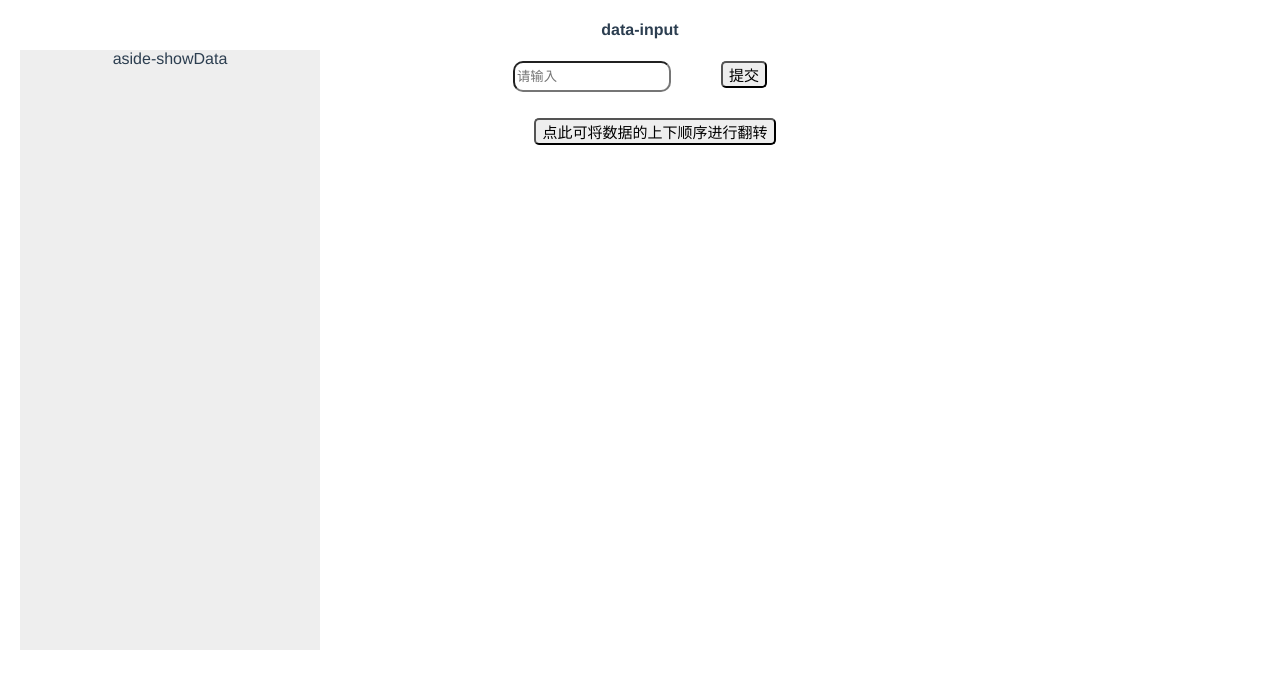
Repository: z-xy-git/demofirst
Page: /
These files come from the project's save history. The page is drawn as it stood at one moment and after the next save; the edit follows.
The browser window is 1280 px wide. The pictures show the whole page.
The project was rebuilt for these pictures with package versions that can differ from the ones it lists, and the page was loaded fresh each time. Also part of the build but not shown: src/views/ShowData.vue, src/views/ReverseShowData.vue.

Above is the page before, as saved 2021-02-26 12:15:11.

After the next save:
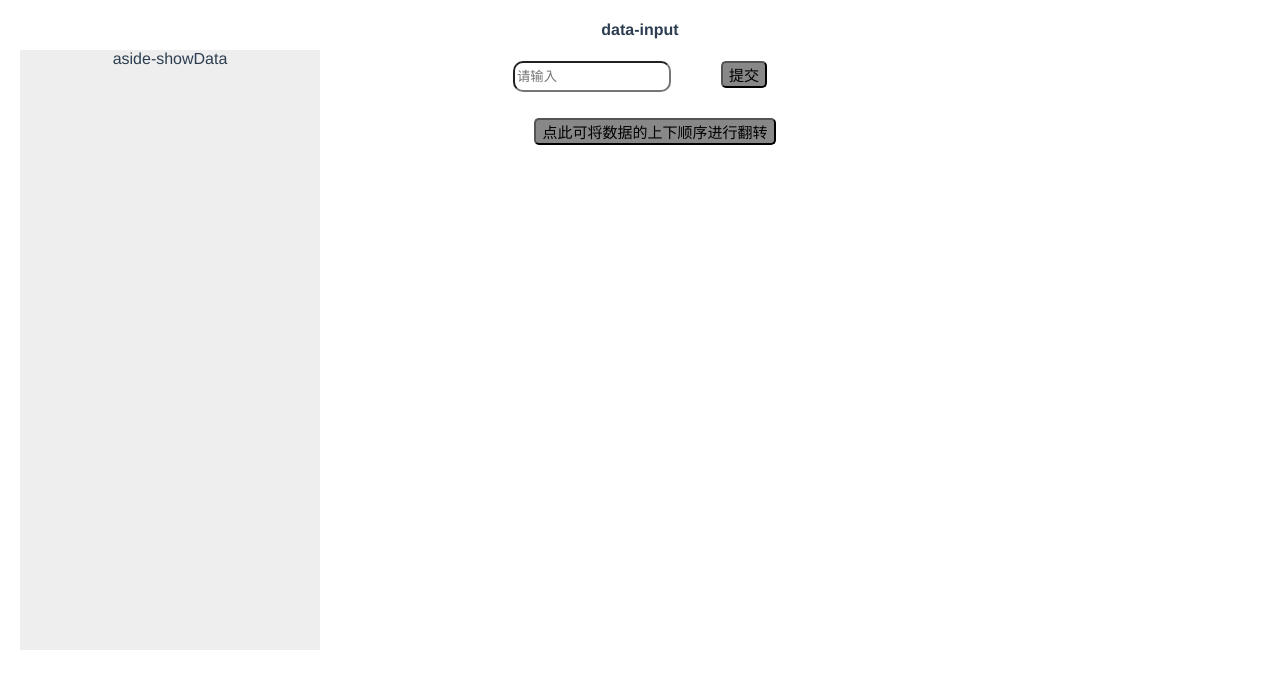
Saved 50 s later.
--- a/src/views/Home.vue
+++ b/src/views/Home.vue
@@ -50,7 +50,7 @@
     margin: 0 0 30px 30px;
     outline: none;
     border-radius: 5px;
-    background-color: #eee;
+    background-color: #888;
     font-size: 15px;
   }
   .left{

After the save that followed:
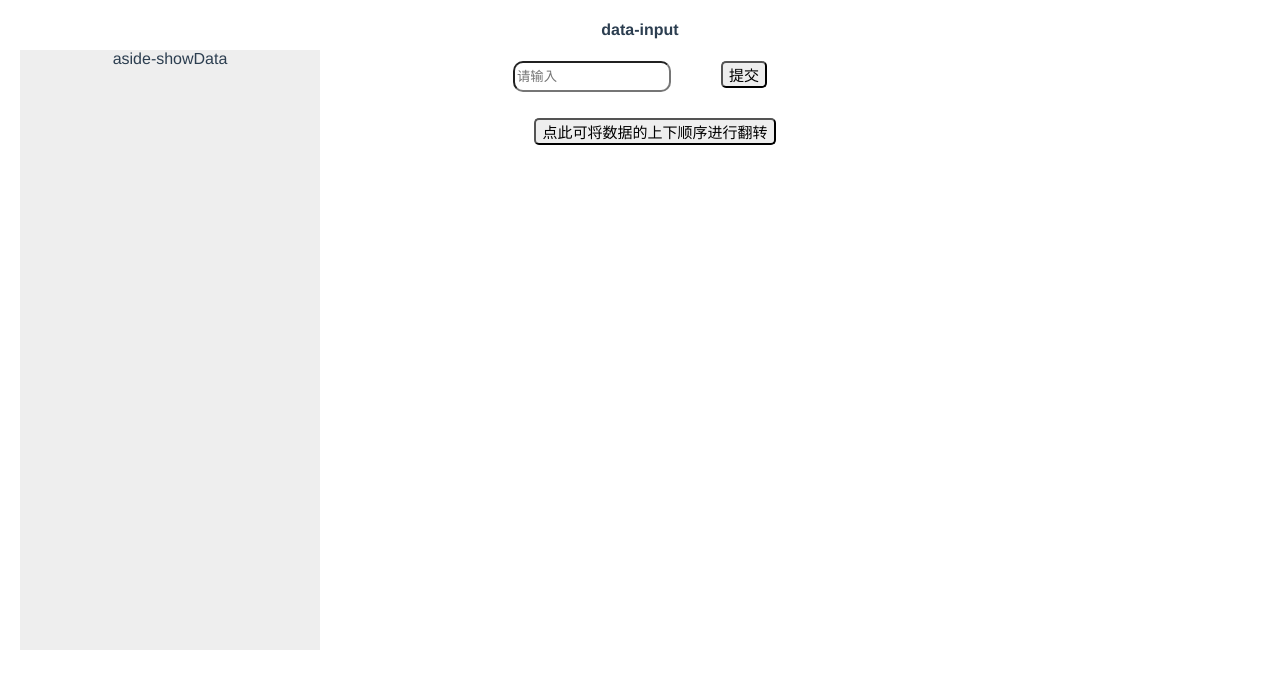
Saved 7 s later.
--- a/src/views/Home.vue
+++ b/src/views/Home.vue
@@ -50,7 +50,7 @@
     margin: 0 0 30px 30px;
     outline: none;
     border-radius: 5px;
-    background-color: #888;
+    background-color: #eee;
     font-size: 15px;
   }
   .left{
